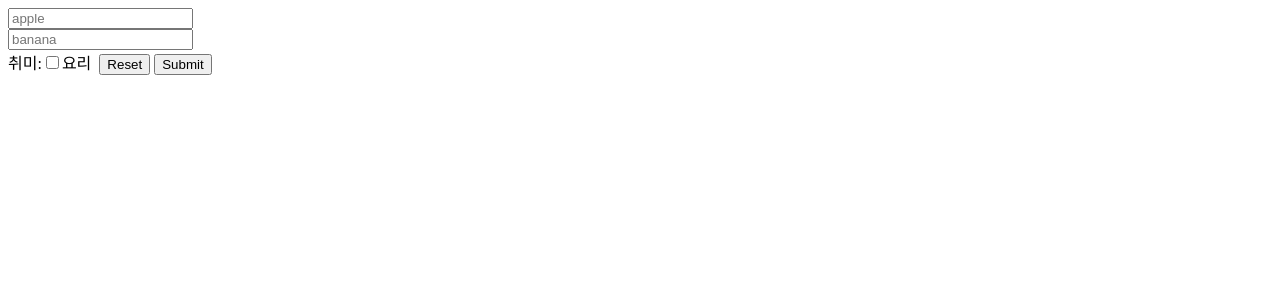
Repository: djdh94/jsp_practice
Page: http://localhost/JSPBasic/jspObject/3.cookie/test.jsp
An editor plug-in stored every save of this project. The page is shown before and after the next save, followed by the edit.
The browser window is 1280 px wide. The pictures show the whole page.
The page is served by Tomcat 9. Other server files are loaded and not shown.

Above is the page before, as saved 2022-02-05 03:59:57.

### JSPBasic/src/main/webapp/jspObject/3.cookie/test.jsp
<%@page import="java.util.Date"%>
<%@page import="java.util.ArrayList"%>
<%@page import="java.util.List"%>
<%@ page language="java" contentType="text/html; charset=UTF-8"
    pageEncoding="UTF-8"%>


<!DOCTYPE html>
<html>
<head>
<meta charset="UTF-8">
<title>Insert title here</title>
</head>
<body>
	<form action="test2.jsp" method="get">
	<input type="text" name="apple" placeholder="apple"/><br/>
	<input type="password" name="banana" placeholder="banana"/><br/>
	취미:<input type="checkbox" name="hobby">요리&nbsp;
	<input type="reset"/>
	<input type="submit"/>
	</form>
</body>
</html>

After the next save:
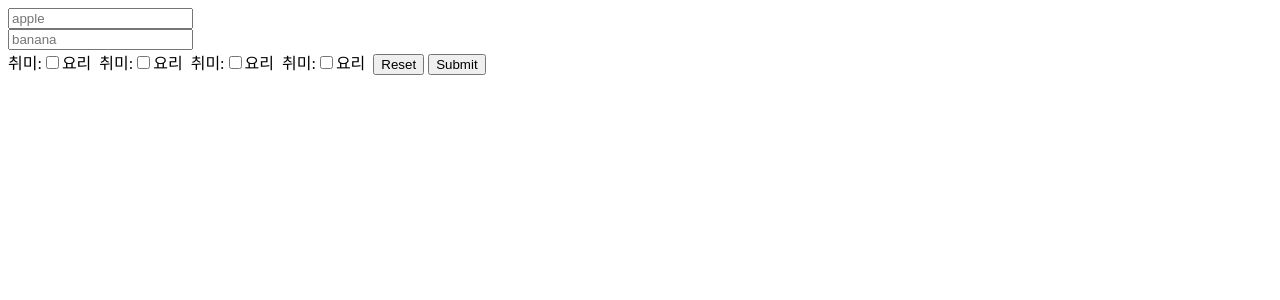
Saved 77 s later.
--- a/JSPBasic/src/main/webapp/jspObject/3.cookie/test.jsp
+++ b/JSPBasic/src/main/webapp/jspObject/3.cookie/test.jsp
@@ -16,6 +16,9 @@
 	<input type="text" name="apple" placeholder="apple"/><br/>
 	<input type="password" name="banana" placeholder="banana"/><br/>
 	취미:<input type="checkbox" name="hobby">요리&nbsp;
+	취미:<input type="checkbox" name="hobby">요리&nbsp;
+	취미:<input type="checkbox" name="hobby">요리&nbsp;
+	취미:<input type="checkbox" name="hobby">요리&nbsp;
 	<input type="reset"/>
 	<input type="submit"/>
 	</form>
